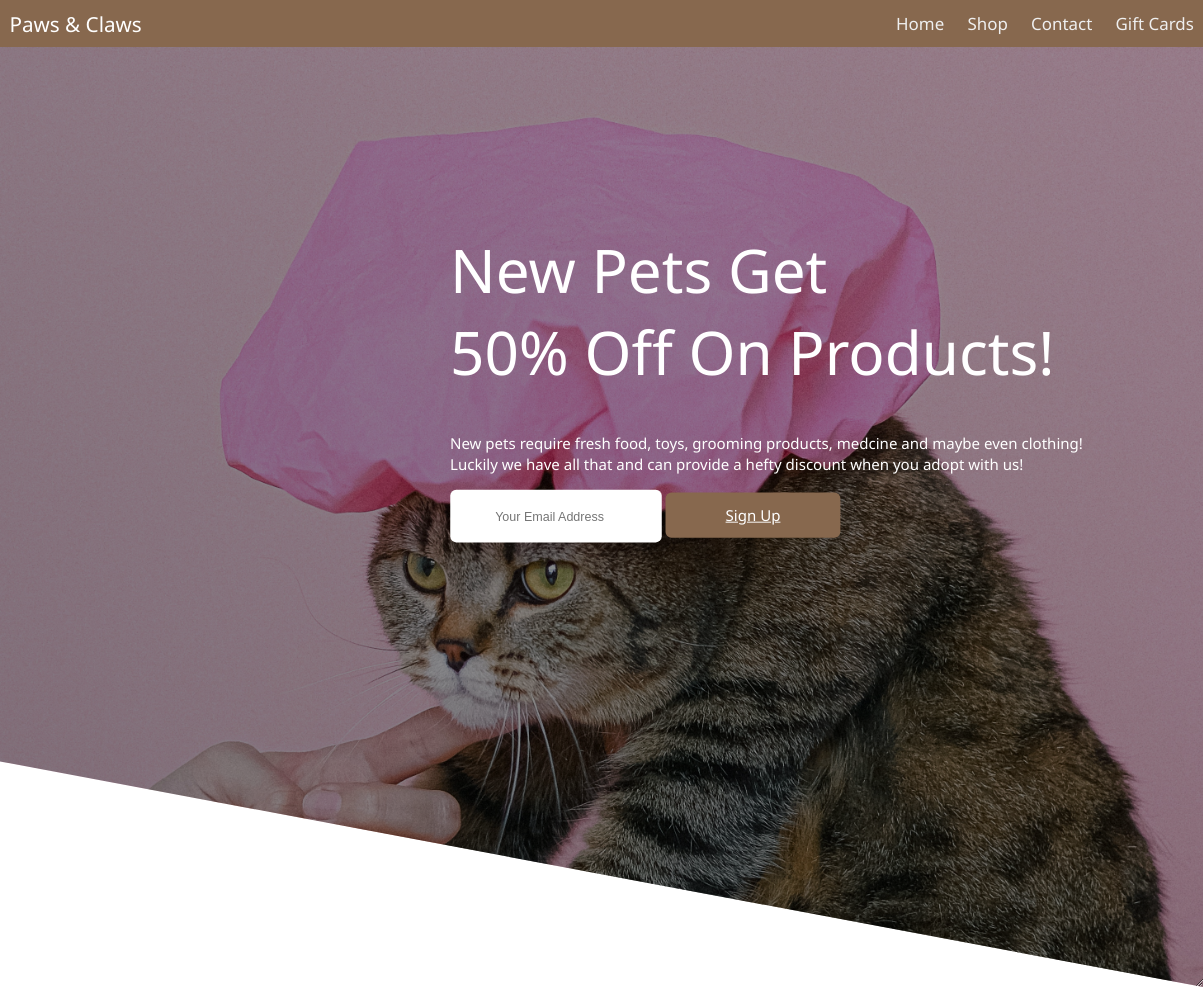
Repository: LtGriff/petProject
Page: dist/about.html
These files come from the project's save history. The page is drawn as it stood at one moment and after the next save; the edit follows.
The browser window is 1280 px wide. The pictures show the whole page, at 94% of full size.

Above is the page before, as saved 2022-05-19 07:52:12.

### dist/about.html
<!DOCTYPE html>
<html lang="en">
<head>
    <meta charset="UTF-8">
    <meta http-equiv="X-UA-Compatible" content="IE=edge">
    <meta name="viewport" content="width=device-width, initial-scale=1.0">
    <link rel="stylesheet" type="text/css" href="../CSS/about.css">
    <title>About the Animal House</title>
</head>
<body>
<!-------------NAV***************BAR----------------------->

    <div class="nav">
        <input type="checkbox" id="nav-check">
        <div class="nav-header">
          <div class="nav-title">
            Paws & Claws
          </div>
        </div>
        <div class="nav-btn">
          <label for="nav-check">
            <span></span>
            <span></span>
            <span></span>
          </label>
        </div>

        <div class="nav-links">
          <a href="index.html" target="">Home</a>
          <a href="shop.html" target="_blank">Shop</a>
          <a href="contact.html" target="_blank">Contact</a>
          <a href="giftcard.html" target="_blank">Gift Cards</a>
        </div>
      </div>

    <!-------------NAV*******BAR********END----------------------->


 <!------------------HEADER*******SECTION---------------------->


 <div class="dogfield"></div>

 <header id="header-section">
  <div class="header-text container">
      <h1>New Pets Get <br> 50%  Off On Products!</h1>
      <p>
         New pets require fresh food, toys, grooming products, medcine and maybe even clothing!<br> Luckily we have all that and can provide a hefty discount when you adopt with us!
      </p>
      <input id="userInput" type="email" placeholder="Your Email Address" required>
      <a class="cta" href="#">Sign Up</a>
      <p id="error">Please provide a valid email address</p>
  </div>
</header>










</body>
</html>

### dist/CSS/about.css
/** NAV BAR **/

* {
    box-sizing: border-box;
  }

  body {
    margin: 0px;
    font-family: 'segoe ui';
  }

  .nav {
    height: 50px;
    width: 100%;
    background-color: #87684e;

  /**
    opacity: .5;
    filter: alpha(opacity=50);
    position: relative;**/
    /* z-index: ; */


    box-shadow:
    0 2.8px 2.2px rgba(0, 0, 0, 0.034),
    0 6.7px 5.3px rgba(0, 0, 0, 0.048),
    0 12.5px 10px rgba(0, 0, 0, 0.06),
    0 22.3px 17.9px rgba(11, 4, 4, 0.072),
    0 41.8px 33.4px rgba(0, 0, 0, 0.086),
    0 100px 80px rgba(0, 0, 0, 0.12);
  }

  .nav > .nav-header {
    display: inline;
  }

  .nav > .nav-header > .nav-title {
    display: inline-block;
    font-size: 22px;
    color: #fff;
    padding: 10px 10px 10px 10px;
  }

  .nav > .nav-btn {
    display: none;
  }

  .nav > .nav-links {
    display: inline;
    float: right;
    z-index: 9;
    font-size: 18px;
  }

  .nav > .nav-links > a {
    display: inline-block;
    padding: 13px 10px 13px 10px;
    text-decoration: none;
    color: #efefef;
  }

  .nav > .nav-links > a:hover {
    background-color: rgba(0, 0, 0, 0.3);
  }

  .nav > #nav-check {
    display: none;
  }


 /** HEADER SECTION **/

#header-section{
    height: 90vh;
    background-image: linear-gradient(
        to left bottom,
        rgba(0, 0, 0, 0.4),
        rgba(0, 0, 0, 0.5)),
    url("../img/catpink.jpg");
    background-size: cover;
    width: auto;
    height: 1000px;
    resize: both;
    overflow: scroll;
    clip-path: polygon(0% 0%,100% 0%,100% 100%,0% 76%);

  }



  .header-text {
    position: absolute;
    top: 28%;
    right: 10%;
    color: #ffffff;
  }

  .header-text h1 {
    font-size: 4rem;
    font-weight: 500;
  }

  .header-text p {
    margin-bottom: 1rem;
  }

  #header-section input {
    width: 225px;
    height: 3.5rem;
    border-radius: 0.4rem;
    border: none;
    padding: 0.5rem 3rem;
  }

  .cta {
    background-color: #87684e;
    padding: 0.8rem 4rem;
    border-radius: 0.4rem;
    color: #fff;
    font-weight: 400;
  }

  .cta:hover {
    transform: translateY(-3px);
    box-shadow: 0 1rem 2rem rgba(0, 0, 0, .2);
  }

  .cta:active {
    transform: translateY(-1px);
    box-shadow: 0 .5rem 1rem rgba(0, 0, 0, .2);
  }

  .cta::after {
    content: "";
    display: inline-block;
    height: 100%;
    width: 100%;
    border-radius: 10rem;
    position: absolute;
    top: 0;
    left: 0;
    z-index: -1;
    transition: all .4s;
  }

  .cta:hover::after {
    transform: scaleX(1.4) scaleY(1.6);
    opacity: 0;
  }

  #error {
    color: red;
    font-weight: 600;
    display: none;
    margin-top: 1rem;
    transition: all 0.5s ease-in;
  }

@media (max-width:600px) {
    .nav > .nav-btn {
      display: inline-block;
      position: absolute;
      right: 0px;
      top: 0px;
    }
    .nav > .nav-btn > label {
      display: inline-block;
      width: 50px;
      height: 50px;
      padding: 13px;
    }
    .nav > .nav-btn > label:hover,.nav  #nav-check:checked ~ .nav-btn > label {
      background-color: rgba(0, 0, 0, 0.3);
    }
    .nav > .nav-btn > label > span {
      display: block;
      width: 25px;
      height: 10px;
      border-top: 2px solid #eee;
    }
    .nav > .nav-links {
      position: absolute;
      display: block;
      width: 100%;
      background: rgb(234,212,189);
      background: linear-gradient(7deg, rgba(234,212,189,1) 0%, rgba(204,175,140,1) 24%, rgba(191,161,124,1) 64%, rgba(135,104,78,1) 98%);
      height: 0px;
      transition: all 0.3s ease-in;
      overflow-y: hidden;
      top: 50px;
      left: 0px;
    }
    .nav > .nav-links > a {
      display: block;
      width: 100%;
    }
    .nav > #nav-check:not(:checked) ~ .nav-links {
      height: 0px;
    }
    .nav > #nav-check:checked ~ .nav-links {
      height: calc(28vh - 50px);
      overflow-y: auto;
    }

  }

After the next save:
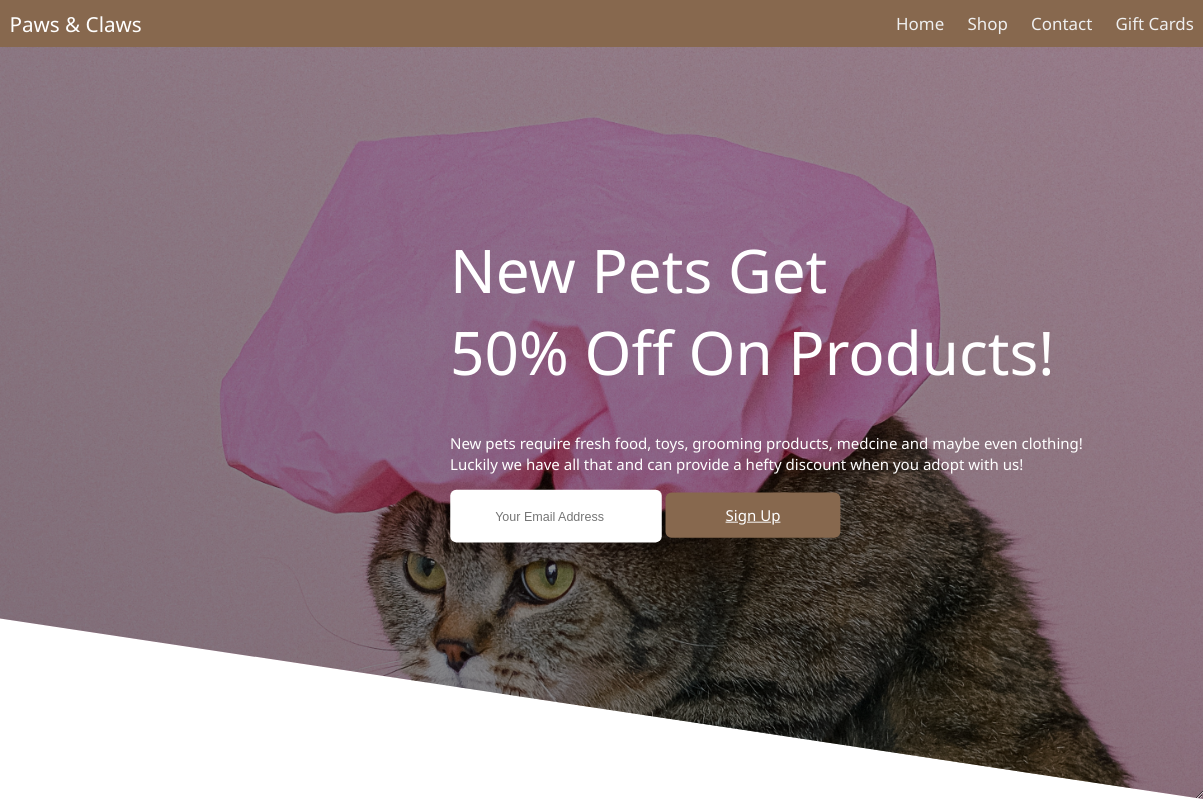
Saved 12 s later.
--- a/dist/CSS/about.css
+++ b/dist/CSS/about.css
@@ -79,7 +79,7 @@
     url("../img/catpink.jpg");
     background-size: cover;
     width: auto;
-    height: 1000px;
+    height: 800px;
     resize: both;
     overflow: scroll;
     clip-path: polygon(0% 0%,100% 0%,100% 100%,0% 76%);
